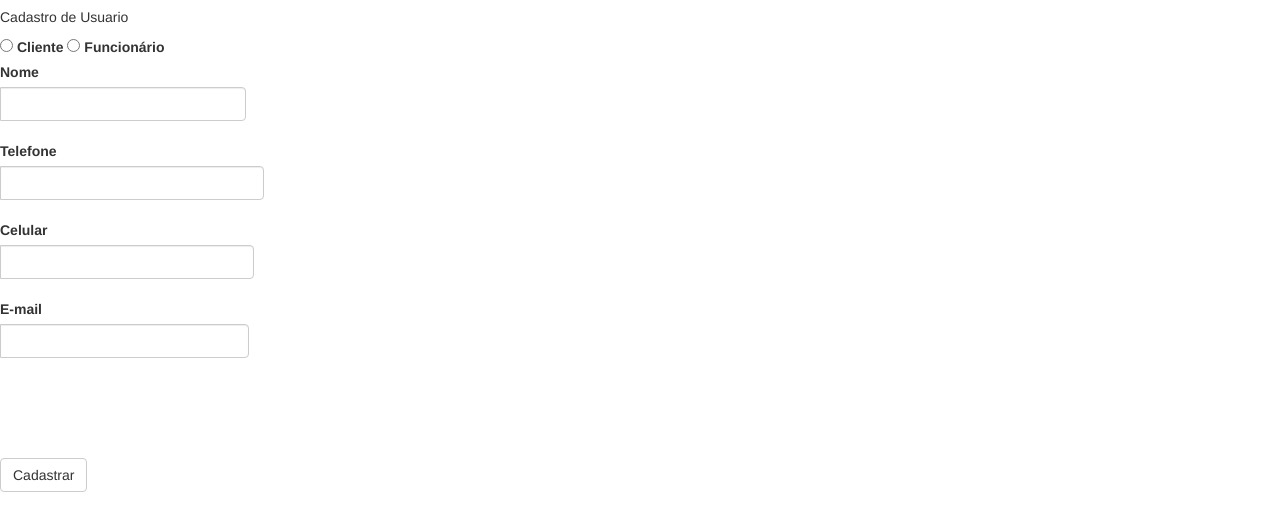
Repository: cadupedrassani/CursoDeJava
Page: Avaliação/BaseAPI/WebApp/src/main/webapp/usuario/cadastro.html
The author's editor kept a copy of each file at every save. The page is drawn from the files as they stood at one save, then again after the next save.
The browser window is 1280 px wide. The pictures show the whole page.
The page's requests for data from a server got no answer.

Above is the page before, as saved 2016-12-08 16:52:31.

After the next save:
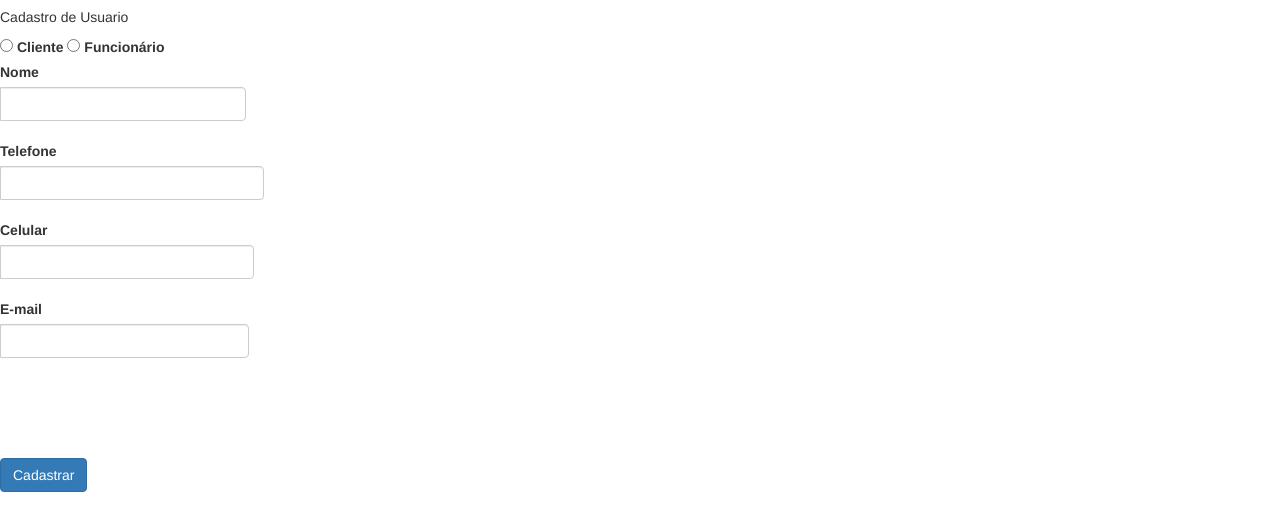
Saved 33 min 15 s later.
--- a/Avaliação/BaseAPI/WebApp/src/main/webapp/usuario/cadastro.html
+++ b/Avaliação/BaseAPI/WebApp/src/main/webapp/usuario/cadastro.html
@@ -89,7 +89,7 @@
 <div class="input-group">
 	<button id="cadastrar"
 	        type="button"
-	        class="btn btn-default gold"
+	        class="btn btn-primary btn-md"
 	        onclick="cadastrarUsuario();">Cadastrar</button>
 </div>
 
